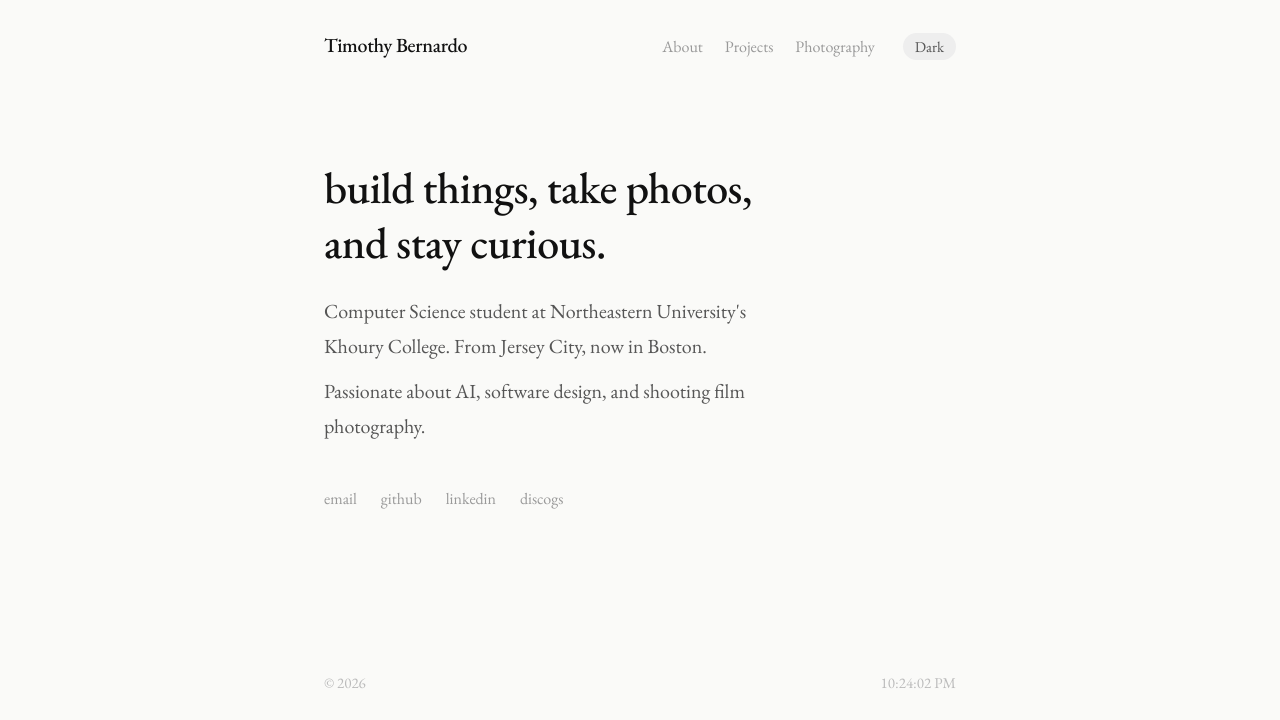
Repository: timothybernardo/portfolio
Page: /
An editor plug-in stored every save of this project. The page is shown before and after a run of saves, followed by the edit.
The browser window is 1280 px wide. The pictures show the whole page.
The project was rebuilt for these pictures with package versions that can differ from the ones it lists, and the page was loaded fresh each time. Also part of the build but not shown: src/data/experience.js, src/pages/About.jsx, src/data/projects.js, src/pages/Projects.jsx, src/data/photos.js, src/components/PhotoCard.jsx, src/pages/Photography.jsx.

Above is the page before, as saved 2026-03-07 22:34:43.

After the next 4 saves:
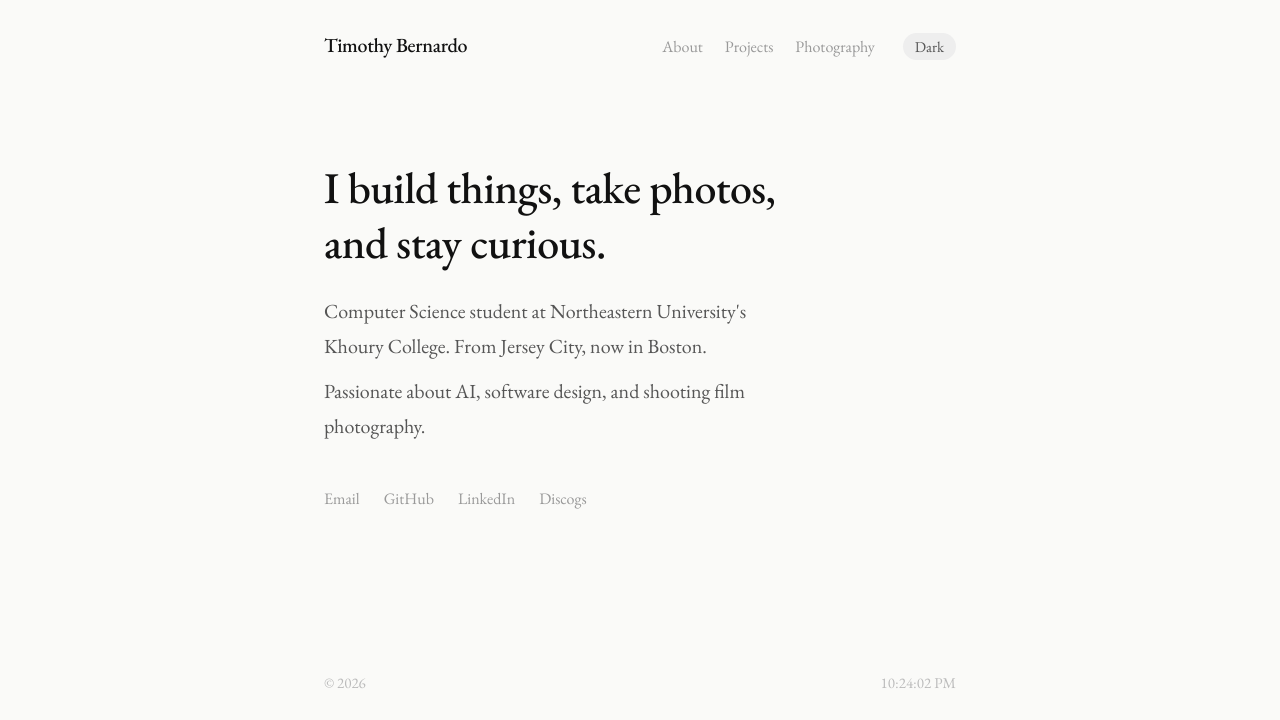
The 4 saves are shown as one change because they came seconds apart.
The last was saved 11 s later.
--- a/src/pages/Home.jsx
+++ b/src/pages/Home.jsx
@@ -1,10 +1,10 @@
 import { serif } from "../theme";
 
 const links = [
-  { label: "email", href: "mailto:bernardo.t@northeastern.edu" },
-  { label: "github", href: "https://github.com/timothybernardo" },
-  { label: "linkedin", href: "https://www.linkedin.com/in/timothybernardo/" },
-  { label: "discogs", href: "https://www.discogs.com/user/timrthy" },
+  { label: "Email", href: "mailto:bernardo.t@northeastern.edu" },
+  { label: "GitHub", href: "https://github.com/timothybernardo" },
+  { label: "LinkedIn", href: "https://www.linkedin.com/in/timothybernardo/" },
+  { label: "Discogs", href: "https://www.discogs.com/user/timrthy" },
 ];
 
 export default function Home({ theme }) {
@@ -19,7 +19,7 @@ export default function Home({ theme }) {
           marginBottom: 24,
         }}
       >
-         build things, take photos,
+        I build things, take photos,
         <br />
         and stay curious.
       </h1>
